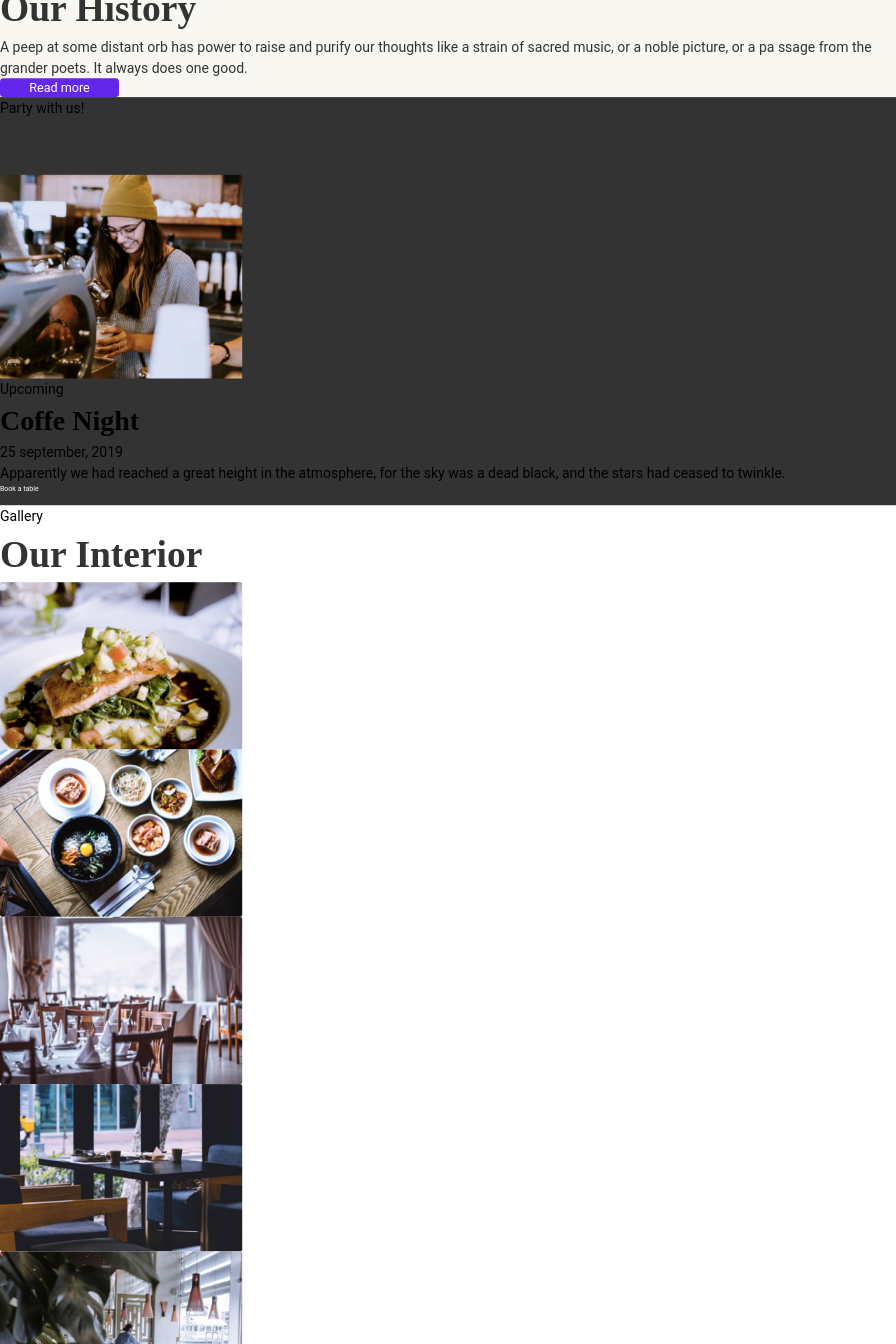
Repository: murilopellis-12/Tailwind-Prova
Page: index.html
These files come from the project's save history. The page is drawn as it stood at one moment and after a run of saves; the edit follows.
The browser window is 1280 px wide. The pictures show the part of the page from y = 2454 to 4374 px (the page is 5953 px tall before and 6004 px after), at 70% of full size.

Above is the page before, as saved 2026-10-26 21:29:15.
Not found: style.css

After the next 8 saves:
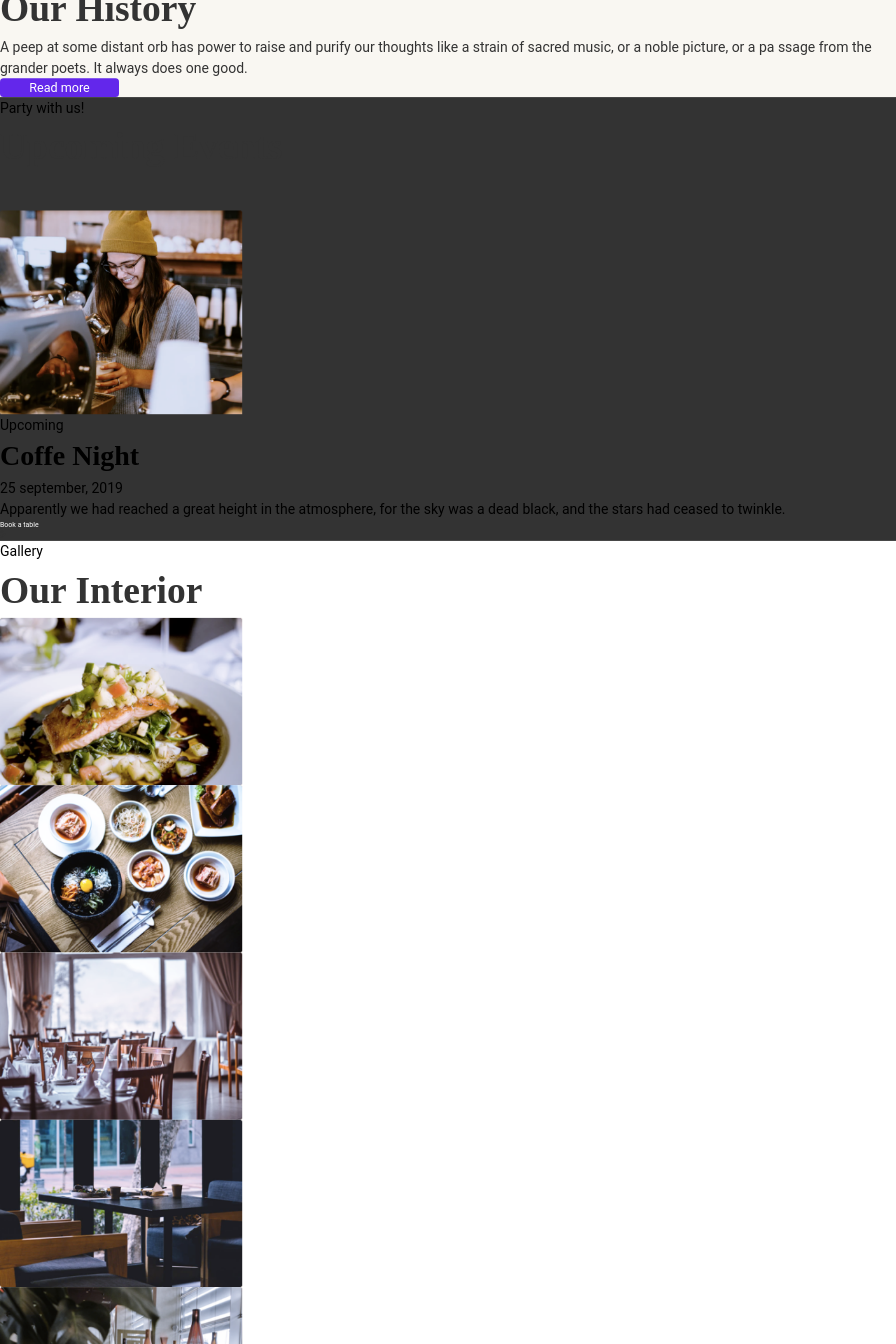
The 8 saves are shown as one change because they came seconds apart.
The last was saved 21 s later.
--- a/index.html
+++ b/index.html
@@ -249,14 +249,17 @@
               <button
                 aria-label="abre o Ler Mais"
                 id="botao-ler-mais-historia"
-                class="w-[100%] max-w-[170px] p-[1.2rem_0] border-0 bg-[var(--complementar-roxo)] text-[1.8rem] mt-[clamp(2.3rem,calc(2.159rem+0.376vw),2.7rem)]">
+                class="w-[100%] max-w-[170px] p-[1.2rem_0] border-0 bg-[var(--complementar-roxo)] text-[1.8rem] mt-[clamp(2.3rem,calc(2.159rem+0.376vw),2.7rem)]"
+              >
                 Read more
               </button>
             </div>
           </div>
         </div>
       </section>
-      <section class="secao-eventos-futuros bg-[var(--cor-primaria)] p-[var(--padding-topo)_var(--espaco-pequeno)] flex flex-col gap-[]">
+      <section
+        class="secao-eventos-futuros bg-[var(--cor-primaria)] p-[var(--padding-topo)_var(--espaco-pequeno)] flex flex-col gap-[clamp(3.9rem,calc(3.407rem+1.315vw),5.3rem)] "
+      >
         <div class="titulos-secao-eventos-futuros">
           <p id="paragrafo-titulo-eventos-futuros">Party with us!</p>
           <h2 id="h2-titulo-eventos-futuros">Upcoming Events</h2>
